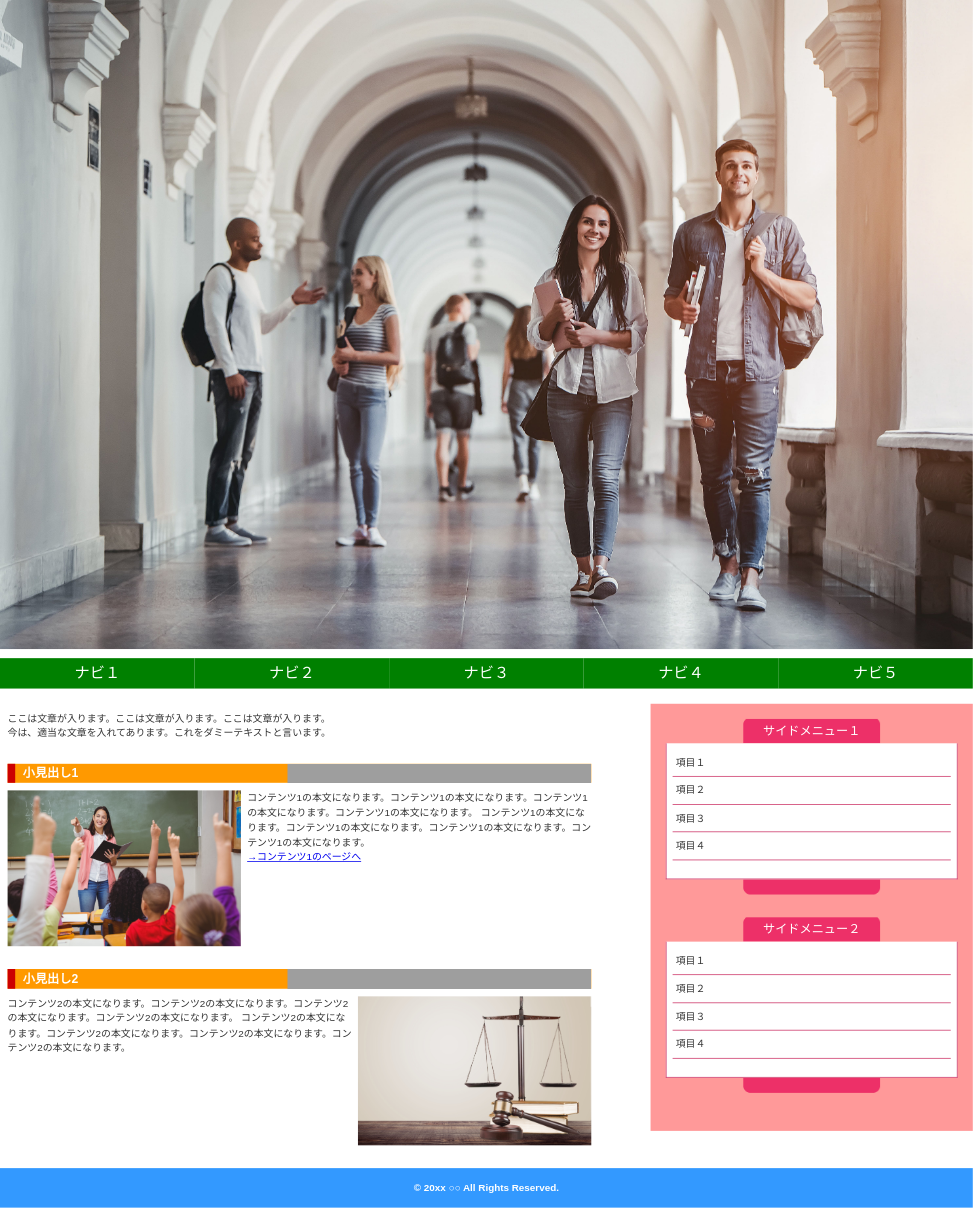
Repository: Takumi-Sashiki/samurai_HTML-CSS
Page: samurai/home.html
The author's editor kept a record of every edit. The page is drawn from the files as they stood at one moment, then again after the next edit.
The browser window is 1280 px wide. The pictures show the whole page, at 76% of full size.
Pictures or frames that could not be fetched are drawn as grey boxes.

Above is the page before.

### samurai/home.html
<!DOCTYPE html>
<html long="ja">
    <head>
        <meta charset="UTF-8">
        <title>HTML/CSSの学習</title>
        <link rel="stylesheet" href="stylesheet.css">
    </head>
    <body>
        <div id="header">
            <h1><a href="index.html"><img id="corridor" src="images/corridor.jpg" alt="大学の廊下" /></a></h1>
        </div>
        <div id="wrapper">
            <div id="nav">
                <ul>
                    <li><a href="home.html">ナビ１</a></li>
                    <li><a href="#">ナビ２</a></li>
                    <li><a href="#">ナビ３</a></li>
                    <li><a href="#">ナビ４</a></li>
                    <li><a href="#">ナビ５</a></li>
                </ul>
            </div>
            <div id="container">
                <div id="main">
                    <div class="post">
                        <p>ここは文章が入ります。ここは文章が入ります。ここは文章が入ります。<br />今は、適当な文章を入れてあります。これをダミーテキストと言います。</p>
                    </div>
                    <div class="post clearfix">
                        <h2>小見出し1</h2>
                        <img class="left" src="images/classroom.jpg" alt="授業風景" />
                        <p>
                            コンテンツ1の本文になります。コンテンツ1の本文になります。コンテンツ1の本文になります。コンテンツ1の本文になります。
                            コンテンツ1の本文になります。コンテンツ1の本文になります。コンテンツ1の本文になります。コンテンツ1の本文になります。
                        </p>
                        <p><a href="#">→コンテンツ1のページへ</a></p>
                    </div>
                    <div class="post clearfix">
                        <h2>小見出し2</h2>
                        <img class="right" src="images/scale.jpg" alt="天秤" />
                        <p>
                            コンテンツ2の本文になります。コンテンツ2の本文になります。コンテンツ2の本文になります。コンテンツ2の本文になります。
                            コンテンツ2の本文になります。コンテンツ2の本文になります。コンテンツ2の本文になります。コンテンツ2の本文になります。
                        </p>
                    </div>
                </div>
            </div>
            <div id="side">
                <div class="box">
                    <h2>サイドメニュー１</h2>
                    <div class="boxBody">
                        <ul>
                            <li>項目１</li>
                            <li>項目２</li>
                            <li>項目３</li>
                            <li>項目４</li>
                        </ul>
                    </div>
                </div>
                <div class="box">
                    <h2>サイドメニュー２</h2>
                    <div class="boxBody">
                        <ul>
                            <li>項目１</li>
                            <li>項目２</li>
                            <li>項目３</li>
                            <li>項目４</li>
                        </ul>
                    </div>
                </div>
            </div>
        </div>
        <div id="footer">
            <p>&copy; 20xx ○○ All Rights Reserved.</p>
        </div>
    </body>
</html>

### samurai/stylesheet.css
@charset "utf-8";

body {
	margin: 0;
	padding: 0;
	font-family: "ヒラギノ角ゴ Pro W3", "Hiragino Kaku Gothic Pro", "メイリオ", Meiryo, Osaka, "ＭＳ Ｐゴシック", "MS PGothic", sans-serif;
	color: #333;
	font-size: 13px;
	line-height: 150%;
}

/* -------------------- wrapper -------------------- */
#wrapper {
	width: 100%;
	margin: auto;
	padding: 0px;
	border: 0px;
	background-color: #FFF;
	top: 10px;
	position: relative;
}

  /*-----header------*/
#header {
  	width: 100%;
}
#header h1 {
  	margin: 0;
  	padding: 0;
}

#corridor {
  	width: 100%;
  	height: auto;
}

  /*------footer------*/
#footer {
  	clear: both;
  	width: 100%;
  	padding: 3px 0 3px 0;
  	background: #39F;
  	color: #FFF;
  	font-weight: bold;
  	text-align: center;
}

/*--------nav------*/
#nav {
	width: 100%;
}
#nav ul {
	display: flex;
	margin: 0;
	padding: 0;
	list-style-type: none;
}
#nav ul li {
	float: left;
	width: 20%;
	text-align: center;
}
#nav ul li a {
	display: block;
	height: 20px;
	margin: 0;
	padding: 10px;
	color: #FFF;
	font-size: 20px;
	text-decoration: none;
	background-color: green;
}

#nav ul li a:hover {
	filter: drop-shadow(10px 10px 10px black);
}

/*--------container-------*/
#container {
	width: 100%;
	margin: auto ;
	padding: auto;
	padding-top: 20px;
	clear: both;
}
/*--------main--------*/
#main {
	float: left;
	width: 60%;
	padding: 10Px 30px 10px 10px;
}
#main h2 {
	margin: 0 0 10px 0;
	padding: 3px 10px 3px 10px;
	color: #FFF;
	font-size: 16px;
	border-left: solid 10px #C00;
	background: #F90 url(../images/main_h2.jpg) right top repeat-y;
}
#main p {
	margin: 0;
	padding: 0;
}
#main .post {
	margin: 0 0 30px 0;
}

#main .post img.right {
	margin: 0 0 0 8px;
}
#main .post img.left {
	margin: 0 8px 0 0;
}

.right {
	float: right;
	width: 40%;
	height: auto;
}
.left {
	float: left;
	width: 40%;
	height: auto;
}

/* -------------------- clearfix -------------------- */
.clearfix {
	zoom: 1;
}
.clearfix:after {
	 content: "";
	 display: block;
	 clear: both;
 }

 /*------------side--------*/
 #side {
 	float: right;
 	width: 30%;
 	padding: 20px;
 	background-color: #F99;
 }
 #side .box {
 	margin: 0 auto 30px auto;
 	padding: 0 0 20px 0;
 	background: url(images/side_box.png) bottom no-repeat;
 }
 #side .box h2 {
 	margin: 0;
 	padding: 8px;
 	text-align: center;
 	color: #fff;
 	font-size: 16px;
 	line-height: 16px;
 	font-weight: normal;
 	background: url(images/side_box_h2.png)  center no-repeat;
 }
#side .box .boxBody {
	padding: 8px;
	border-right: solid 1px #C36;
	border-bottom: solid 1px #C36;
	border-left: solid 1px #C36;
	background: #fff;
}
#side .box .boxBody ul {
	margin: 0 0 16px 0;
	padding: 0;
}
#side .box .boxBody ul li {
	padding: 8px 0 8px 4px;
	list-style: none;
	border-bottom: solid 1px #C36;
}

#side .box .boxBody ul li:hover {
	padding: 8px 0 8px 4px;
	list-style: none;
	border-bottom: solid 1px #C36;
	box-shadow: 0 4px 4px rgba(0, 0, 0, 0.3);
}

After the next edit:
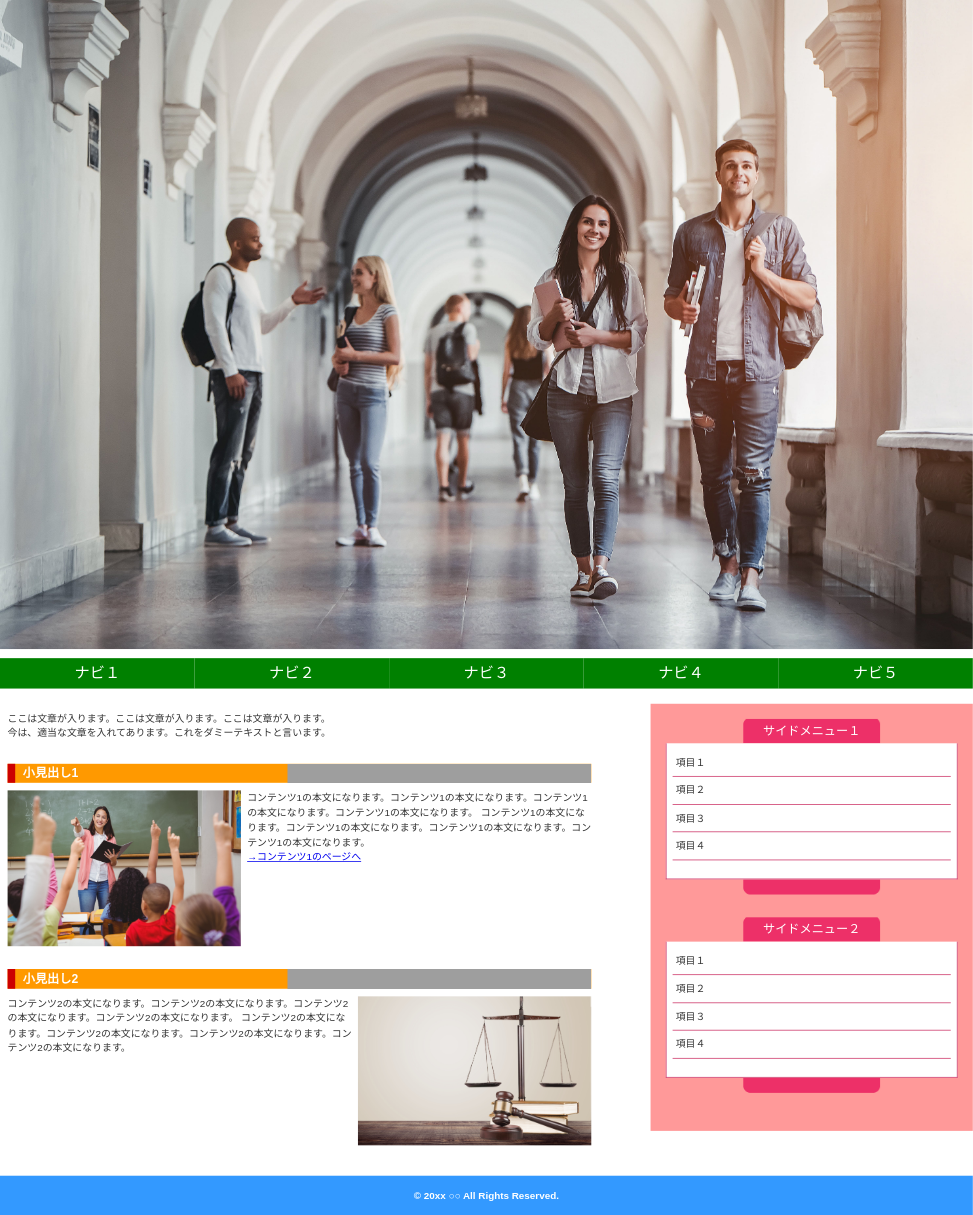
The edit:
--- a/samurai/home.html
+++ b/samurai/home.html
@@ -42,7 +42,6 @@
                         </p>
                     </div>
                 </div>
-            </div>
             <div id="side">
                 <div class="box">
                     <h2>サイドメニュー１</h2>

After the edit that followed:
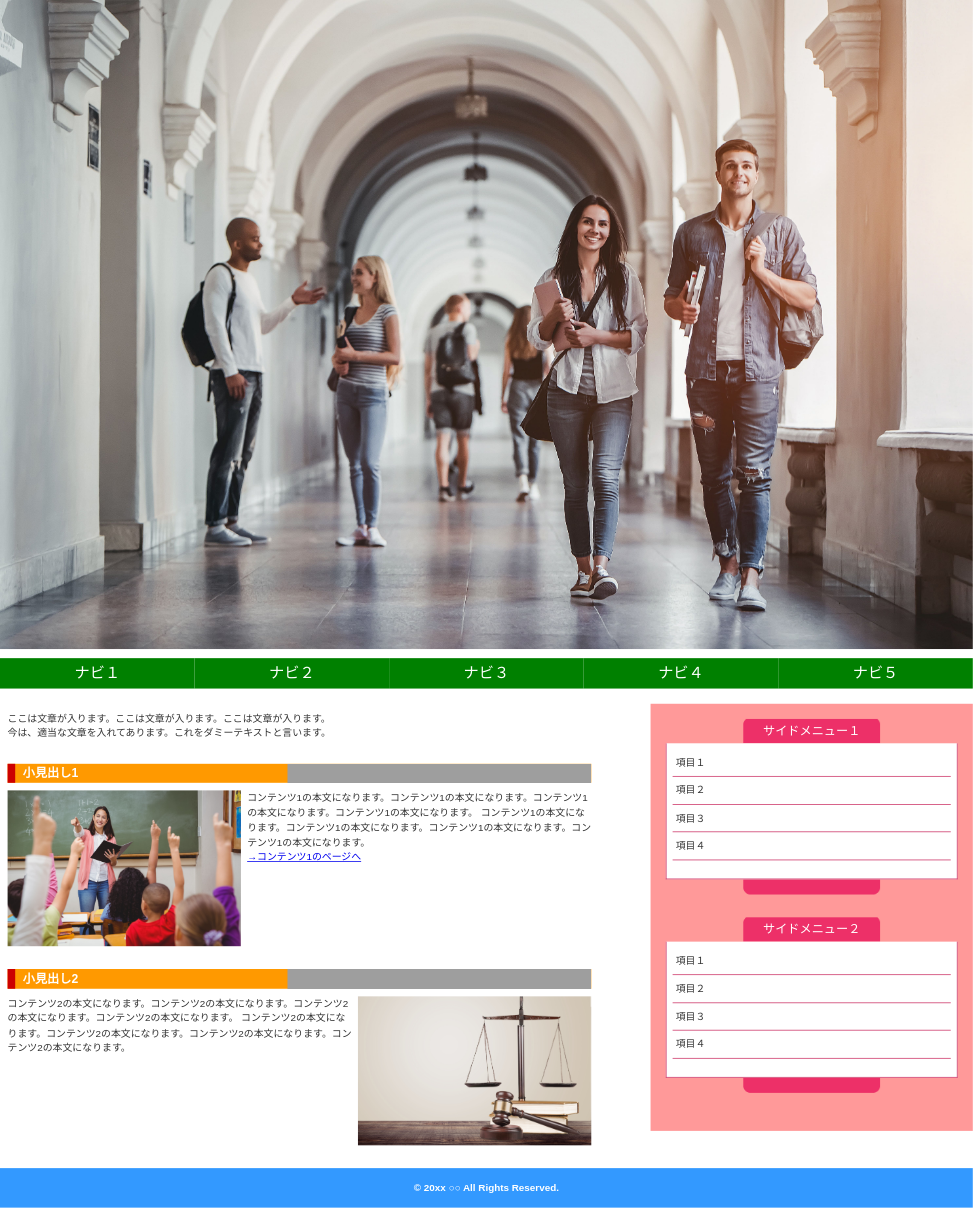
The edit:
--- a/samurai/home.html
+++ b/samurai/home.html
@@ -66,6 +66,7 @@
                     </div>
                 </div>
             </div>
+            </div>
         </div>
         <div id="footer">
             <p>&copy; 20xx ○○ All Rights Reserved.</p>
